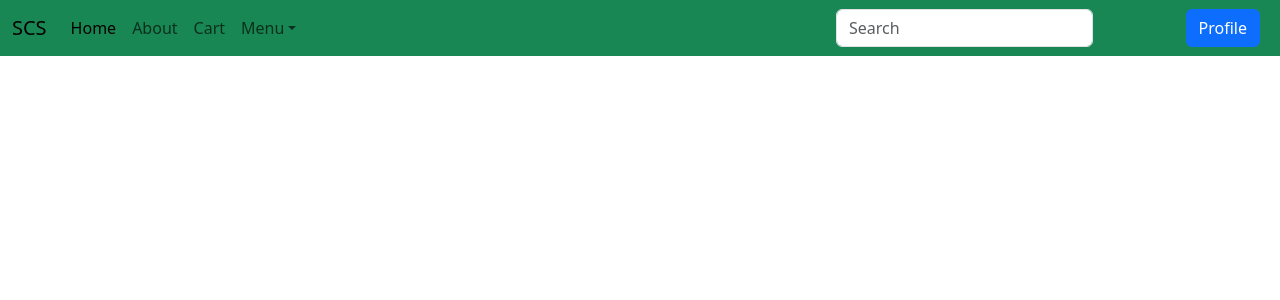
Repository: gitYash03/smart-canteen-system
Page: /
An editor plug-in stored every save of this project. The page is shown before and after the next save, followed by the edit.
The browser window is 1280 px wide. The pictures show the whole page.
The project was rebuilt for these pictures with package versions that can differ from the ones it lists, and the page was loaded fresh each time. Also part of the build but not shown: src/App.css.

Above is the page before, as saved 2023-08-09 12:57:55.

### public/index.html
<!DOCTYPE html>
<html lang="en">
  <head>
    <meta charset="utf-8" />
    <link rel="icon" href="%PUBLIC_URL%/favicon.ico" />
    <meta name="viewport" content="width=device-width, initial-scale=1" />
    <meta name="theme-color" content="#000000" />
    <meta
      name="description"
      content="Web site created using create-react-app"
    />
    <link rel="apple-touch-icon" href="%PUBLIC_URL%/logo192.png" />
    <!--
      manifest.json provides metadata used when your web app is installed on a
      user's mobile device or desktop. See https://developers.google.com/web/fundamentals/web-app-manifest/
    -->
    <link rel="manifest" href="%PUBLIC_URL%/manifest.json" />
    <!--
      Notice the use of %PUBLIC_URL% in the tags above.
      It will be replaced with the URL of the `public` folder during the build.
      Only files inside the `public` folder can be referenced from the HTML.

      Unlike "/favicon.ico" or "favicon.ico", "%PUBLIC_URL%/favicon.ico" will
      work correctly both with client-side routing and a non-root public URL.
      Learn how to configure a non-root public URL by running `npm run build`.
    -->
    <title>React App</title>
    <link href="https://cdn.jsdelivr.net/npm/bootstrap@5.3.1/dist/css/bootstrap.min.css" rel="stylesheet" integrity="sha384-4bw+/aepP/YC94hEpVNVgiZdgIC5+VKNBQNGCHeKRQN+PtmoHDEXuppvnDJzQIu9" crossorigin="anonymous">
   </head>
  <script src="https://cdn.jsdelivr.net/npm/bootstrap@5.3.1/dist/js/bootstrap.bundle.min.js" integrity="sha384-HwwvtgBNo3bZJJLYd8oVXjrBZt8cqVSpeBNS5n7C8IVInixGAoxmnlMuBnhbgrkm" crossorigin="anonymous"></script>
  <body>
    <noscript>You need to enable JavaScript to run this app.</noscript>
    <div id="root"></div>
    <!--
      This HTML file is a template.
      If you open it directly in the browser, you will see an empty page.

      You can add webfonts, meta tags, or analytics to this file.
      The build step will place the bundled scripts into the <body> tag.

      To begin the development, run `npm start` or `yarn start`.
      To create a production bundle, use `npm run build` or `yarn build`.
    -->
  </body>
</html>

### src/App.js
import './App.css';
import Navbar from './Components/Navbar';

function App() {
  return (
    <>
    <Navbar></Navbar>

    </>
  );
}

export default App;

### src/Components/Navbar.js
import React from 'react'

export default function Navbar() {
  return (
    <>
    <nav className="navbar navbar-expand-lg bg-success ">
        <div className="container-fluid">
            <a className="navbar-brand" href="/">SCS</a>
            <button className="navbar-toggler" type="button" data-bs-toggle="collapse" data-bs-target="/navbarSupportedContent" aria-controls="navbarSupportedContent" aria-expanded="false" aria-label="Toggle navigation">
            <span className="navbar-toggler-icon"></span>
            </button>
            <div className="collapse navbar-collapse" id="navbarSupportedContent">
            <ul className="navbar-nav me-auto mb-2 mb-lg-0">
                <li className="nav-item">
                <a className="nav-link active" aria-current="page" href="/">Home</a>
                </li>
                <li className="nav-item">
                <a className="nav-link" href="/">About</a>
                </li>
                <li className="nav-item">
                <a className="nav-link" href="/">Cart</a>
                </li>
                <li className="nav-item dropdown">
                <a className="nav-link dropdown-toggle" href="/" role="button" data-bs-toggle="dropdown" aria-expanded="false">
                    Menu
                </a>
                <ul className="dropdown-menu">
                    <li><a className="dropdown-item" href="/">Action</a></li>
                    <li><a className="dropdown-item" href="/">Another action</a></li>
                    <li><a className="dropdown-item" href="/">Something else here</a></li>
                </ul>
                </li>
            </ul>
            <form className="d-flex" role="search">
                <input className="form-control me-2" type="search" placeholder="Search" aria-label="Search"/>
                <button className="btn btn-outline-success" type="submit">Search</button>
            </form>
            <button type="button" className="btn btn-primary position-relative  mx-2">
            Profile
            </button>
            </div>
        </div>
    </nav>
    </>
  )
}

Loaded but not shown: src/index.js (common file); src/reportWebVitals.js (common file); src/index.css (no stored copy; drawn as an empty file)

After the next save:
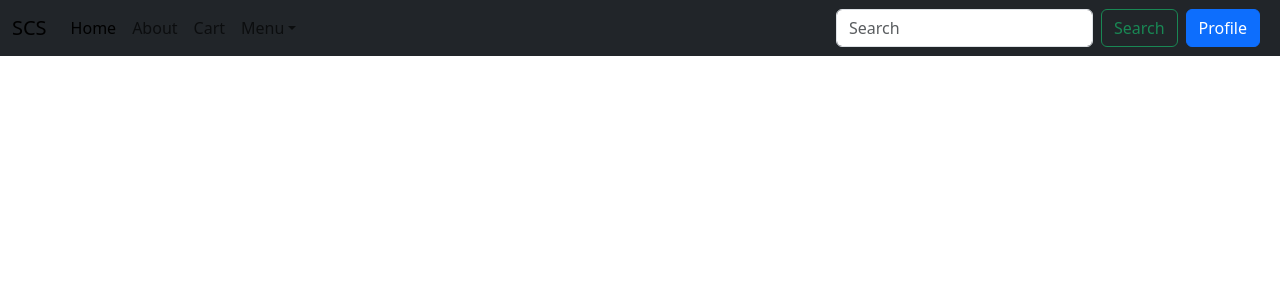
Saved 6 s later.
--- a/src/Components/Navbar.js
+++ b/src/Components/Navbar.js
@@ -3,7 +3,7 @@
 export default function Navbar() {
   return (
     <>
-    <nav className="navbar navbar-expand-lg bg-success ">
+    <nav className="navbar navbar-expand-lg bg-dark ">
         <div className="container-fluid">
             <a className="navbar-brand" href="/">SCS</a>
             <button className="navbar-toggler" type="button" data-bs-toggle="collapse" data-bs-target="/navbarSupportedContent" aria-controls="navbarSupportedContent" aria-expanded="false" aria-label="Toggle navigation">
